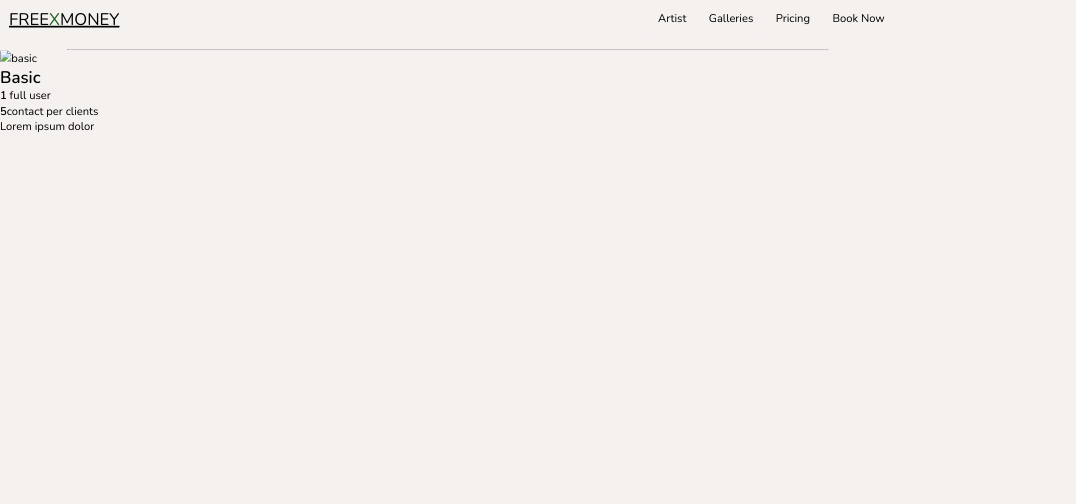
Repository: burntaftermint/freexmoney-draft
Page: price.html
These files come from the project's save history. The page is drawn as it stood at one moment and after the next save; the edit follows.
The browser window is 1280 px wide. The page is 1280 px wide, then 1537 px, so the pictures cover 1537 px, including what lies to the right of the window. The pictures show the part of the page from y = 0 to 1600 px (the page is 720 px tall before and 2481 px after), at 70% of full size.
Some web fonts or font styles are not loaded; a fallback is used.

Above is the page before, as saved 2024-06-10 05:32:18.

### price.html
<!DOCTYPE html>
<html lang="en">
<head>
    <meta charset="UTF-8">
    <meta http-equiv="X-UA-Compatible" content="IE=edge">
    <meta name="viewport" content="width=device-width, initial-scale=1.0">
    <script src="script.js" defer></script>
    <title>FREEXMONEY</title>
    <link rel="preconnect" href="https://fonts.googleapis.com">
    <link rel="preconnect" href="https://fonts.gstatic.com" crossorigin>
    <link href="https://fonts.googleapis.com/css2?family=Architects+Daughter&family=Kumbh+Sans:wght@400;700&family=Montserrat:ital,wght@0,100;0,200;0,300;0,400;0,500;0,600;0,700;0,800;0,900;1,100;1,200;1,300;1,400;1,500;1,600;1,700;1,800;1,900&family=Nunito:wght@300;400;500;600&family=Roboto:wght@300&family=Rubik:wght@400;500;600;700;800&family=Yantramanav:wght@500&display=swap" rel="stylesheet">
    <link rel="stylesheet" type="text/css" href="style.css">
</head>
<body>
    <nav class="navbar">
        <div class="nav-title">
            <a href="index.html">FREE<span>X</span>MONEY</a>
        </div>
        <a href="#" class="toggle-button">
            <span class="bar"></span>
            <span class="bar"></span>
            <span class="bar"></span>
        </a>
        <div class="navbar-links">
            <ul>
                <li><a href="artist.html">Artist</a></li>
                <li><a href="gallery.html">Galleries</a></li>
                <li><a href="pricing.html">Pricing</a></li>
                <li><a href="home.html">Book Now</a></li>
            </ul>
        </div>
    </nav>
    <hr>
    <section class="pricing">
        <div class="card-wrapper">
            <!-- card header -->
            <div class="card-header">
                <img src="" alt="basic">
                <h2>Basic</h2>
            </div>
            <!-- card detail -->
            <div class="card-detail">
                <p><span class="fas fa-check check"></span><b>1</b> full user </p>
                <p><span class="fas fa-check check"></span><b>5</b>contact per clients</p>
                <p><span class="fas fa-times nocheck"></span>Lorem ipsum dolor</p>
            </div>
            <!-- card price -->
            <!-- button -->
        </div>
    </section>

</body>
</html>

### style.css

* {
    margin: 0;
    padding: 0;
    box-sizing: border-box;
    font-family: 'Nunito', sans-serif;
    background-color: #f5f1ef;
}

.container {
    display: flex;
    flex-direction: column;
    justify-content: center;
    align-items: center;
    text-align: center;
    margin: 15px 20px 0 20px;
}

.social-links img {
    width: 50px;

    margin: 20px;
    cursor: pointer;
}

.social-links {
    text-align: center;
}




.container .heading {
    width: 50%;
    padding-bottom: 20px;
}

.container .heading h3 {
    font-size: 3em;
    font-weight: 400;
    border-bottom: 3px solid #1b5e20;

}

.container .heading h3 span {
    color: #1b5e20;
    font-weight: 600;
}

.container .box {
    display: flex;
    flex-direction: row;
    justify-content: space-between;

}

.container .box .row1 {
    display: flex;
    flex-direction: column;
    width: 32.5%;
}

.container .box .row1 img {
    width: 100%;
    padding-bottom: 10px;
    animation: fadeInUp 2s ease;
}

.container .box .row1 img:hover{
    opacity: 0.5;
    transition: 0.2s ease;

}

.container .btn {
    margin: 40px 0 70px 0;
    background: #1b5e20;
    padding: 15px 40px ;
    border-radius: 5px;
}


.container .btn a {
    text-decoration: none;
    background-color: transparent;
    color: #f5f5f5;
    font-weight: bolder;
    letter-spacing: 1px;
}

.container .heading a {
    text-decoration: none;
    color: black;
}
.container .heading a:hover {

    color: #f06292;
}

.container .btn a:hover {
    text-decoration: none;
    background-color: transparent;
    color: #f06292;
    font-weight: bolder;

}

/* gallery css */
.gallery-container {
    width: 100%;
    min-height: 100vh;
    display: flex;
    justify-content: center;
    align-items: center;
    padding: 0px 90px;
}

.gallery-content-section {
    display: flex;
    justify-content: center;
    align-items: center;
    text-align: center;
    animation: fadeInRight 2s ease;
}

.gallery-content-section .gallery-card {
    flex: 1;
    margin: 20px 20px;
    box-shadow: 0px 2px 8px 0px rgba(0,0,0,0.2);
    border-radius: 5px;
}

.gallery-content-section .gallery-card:hover {
    transform: scale(1.2);
    cursor: pointer;
}

.gallery-content-section .gallery-card img {
    width: 100%;
    height: auto;
    border-radius: 5px;
}

.gallery-content-section .gallery-card h2 {
    margin: 15px 0px;
    font-size: 28px;
    color: #f06292;
}

.gallery-content-section .gallery-card p {
    font-size: 16px;
    line-height: 1.5;
    padding: 0px 10px;
    margin-bottom: 20px;
}

.galleryh1 {
    text-align: center;
    font-size: 55px;
    color: #1b5e20;
}

/* home css */

.hero {
    background-color: #f5f1ef;
    overflow: hidden;
}

.home-heading h1 {
    color: #1b5e20;
    font-size: 55px;
    text-align: center;
    margin-top: 35px;
    margin-bottom: -30px;
}

.hero-content p {
    font-size: 24px;
    line-height: 1.5;
    margin-bottom: 40px;
    color: rgb(39, 39, 39);
}

.hero-btn {
    display: inline-block;
    background-color: #1b5e20;
    margin-top: -20px;
    padding: 12px 24px;
    border-radius: 5px;
    font-size: 20px;
    border: none;
    cursor: pointer;
    transition: 0.3s ease;
    font-weight: bolder;
    letter-spacing: 1px;
}
.hero-btn a {

    text-decoration: none;
    background-color: transparent;
    color: #f5f5f5;
}
.hero-btn a:hover {

    color: #f06292;
}
.container_home {
    display: flex;
    justify-content: center;
    align-items: center;
    width: 90%;
    margin: 65px auto;
}
.hero-content {
    flex: 1;
    width: 600px;
    margin: 0px 25px;
    animation: fadeInUp 2s ease;
}
.hero-image {
    flex: 1;
    width: 600px;
    margin: auto;
    animation: fadeInRight 2s ease;
}

.hero-content h2 {
    color: #f06292;
    font-size: 38px;
    margin-bottom: 10px;
}

.hero img {
width: 100%;
height: auto;
border-radius: 10px;
}

/* navbar css */
.navbar {
    display: flex;
    justify-content: space-between;
    align-items: center;
    background-color: #f5f1ef;


}

.nav-title {
    background-color: transparent;
    text-decoration: underline;
}
.nav-title a{
    color: black;

}
.nav-title a:hover{
    color: #f06292;
}
.nav-title span{
    background-color: transparent;
    color: #1b5e20;
}

.navbar-links ul {
    margin: 0;
    padding: 0;
    display: flex;
}

.navbar-links li {
    list-style: none;

}

.navbar-links li a {
    text-decoration: none;
    color: black;
    padding: 1rem;
    display: block;



}

.navbar-links li a:hover{
    color: #f06292;
}
.nav-title {
    font-size: 1.5rem;
    margin: .5rem;
    padding-left: 5px;

}

.toggle-button {
    position: absolute;
    top: .75rem;
    right: 1rem;
    display: none;
    flex-direction: column;
    justify-content: space-between;
    width: 30px;
    height: 21px;
}

.toggle-button .bar {
    height: 3px;
    width: 100%;
    background-color: black;
    border-radius: 10px;
}

/* Pricing css */


hr {
    margin: 1rem 6rem 0 6rem;
}








.pricing-card li {
    background-color: #fa7fa8;
}
.pricing-card strong {
    background-color: #fa7fa8;
}
.pricing-card sup {
    background-color: #fa7fa8;
}

.price {
    background-color: #fa7fa8;
    font-size: 70px;
    color: #f5f1ef;
    margin: 40px 0;
    transition: .2s linear;
}

.price sup, .price span {
    font-size: 22px;
    font-weight: 700;
}









@media only screen and (max-width: 1000px) {
    .gallery-content-section {
        flex-direction: column;
    }

    .pricing-card {
        flex: 50%;

    }

    .pricing-card-header {
        font-size: 10.5px;
    }

    .price {
        font-size: 45px;
    }

    .pricing-card li {
        font-size: 15px;
    }



}




@media only screen and (max-width: 769px) {
    .container .box {
        flex-direction: column;
    }
    .container .box .row1 {
        width: 100%;
    }
    .home-heading h1 {
        font-size: 45px;
        margin-top: 30px;
    }

    .hero {
        margin: 0px;

    }
    .container_home {
        width: 100%;
        flex-direction: column;
        margin: 0px;
        padding: 0px 40px;

    }
    .hero-content {
        width: 100%;
        margin: 35px 0px;
    }
    .hero-content h2 {
        font-size: 30px;

    }
    .hero-content p {
        font-size: 18px;
        margin-bottom: 20px;
    }
    .hero-btn {
        font-size: 16px;
        padding: 8px 16px;

    }
    .hero-image {
        width: 100%;
    }

    .pricing-card {
        flex: 50%;

    }

    .pricing-card-header {
        font-size: 6px;
    }

    .price {
        font-size: 35px;
    }

    .pricing-card li {
        font-size: 15px;
    }


}






@media only screen and (max-width: 718px) {
    .container .heading {
        width: 100%;

    }

    .container .heading h3 {
        font-size: 2.5em;


    }
}

@media only screen and (max-width: 549px) {
    .toggle-button {
        display: flex;

    }
    .navbar-links {
        display: none;
        width: 100%;

    }
    .navbar {
        flex-direction: column;
        align-items: flex-start;
    }

    .navbar-links ul {
        width: 100%;
        flex-direction: column;
    }

    .navbar-links li {
        text-align: center;
    }

    .navbar-links li a {
        padding: .3rem .7rem;
    }

    .navbar-links.active {
        display: flex;
    }
}

@media only screen and (max-width: 510px) {
    .gallery-card {
        width: 150%;

    }
}

@media only screen and (max-width: 400px) {
    .pricingh1 {
        margin-bottom: -175px;
    }
}

@keyframes fadeInUp {
    0% {
        opacity: 0;
        transform: translateY(50px);
    }
    100% {
        opacity: 1;
        transform: translateY(0px);
    }
}


@keyframes fadeInRight {
    0% {
        opacity: 0;
        transform: translateX(-50px);
    }
    100% {
        opacity: 1;
        transform: translateX(0px);
    }
}

Loaded but not shown: script.js (common file)

After the next save:
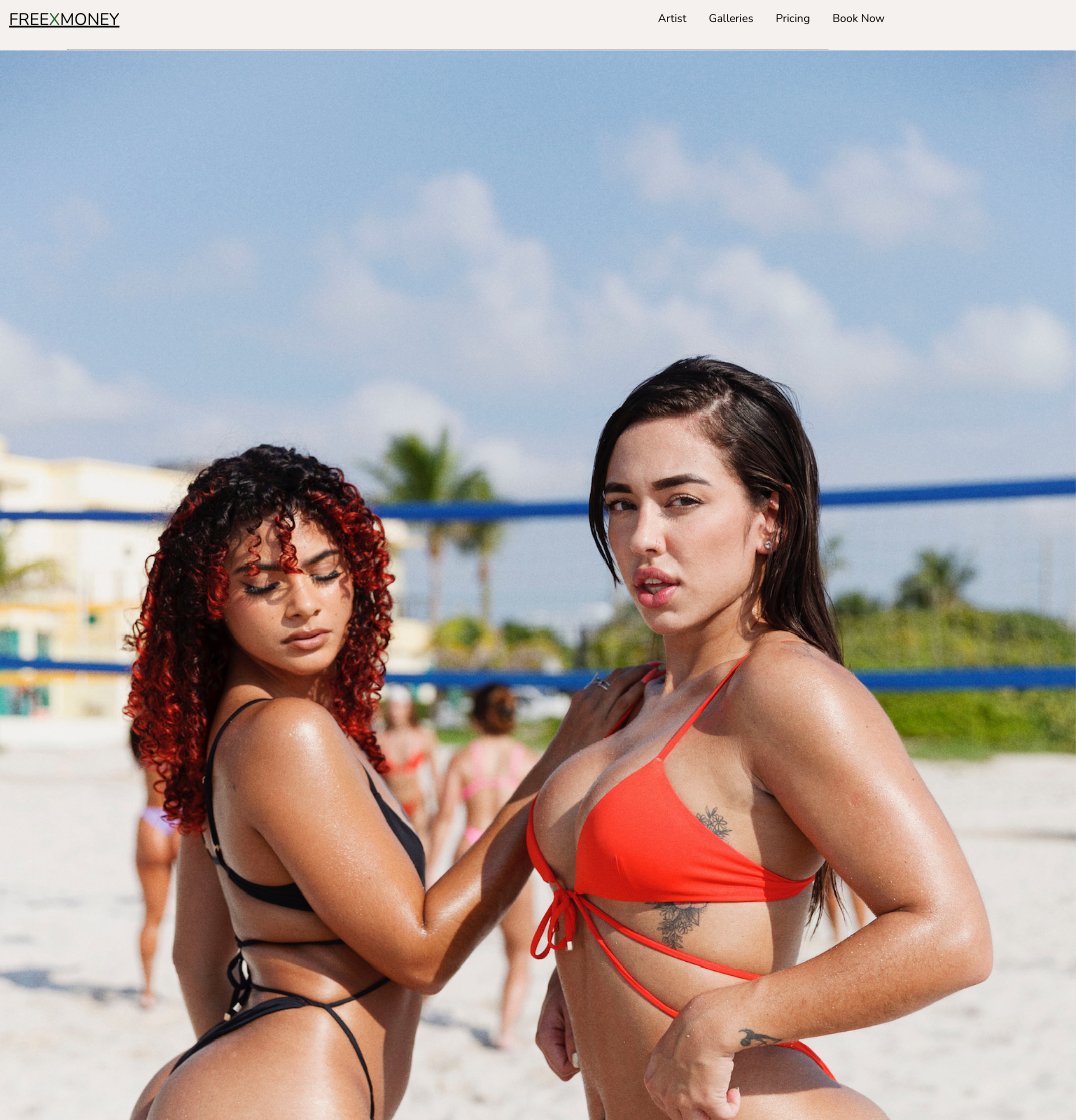
Saved 71 s later.
--- a/price.html
+++ b/price.html
@@ -35,7 +35,7 @@
         <div class="card-wrapper">
             <!-- card header -->
             <div class="card-header">
-                <img src="" alt="basic">
+                <img src="images/11.JPG" alt="basic">
                 <h2>Basic</h2>
             </div>
             <!-- card detail -->
